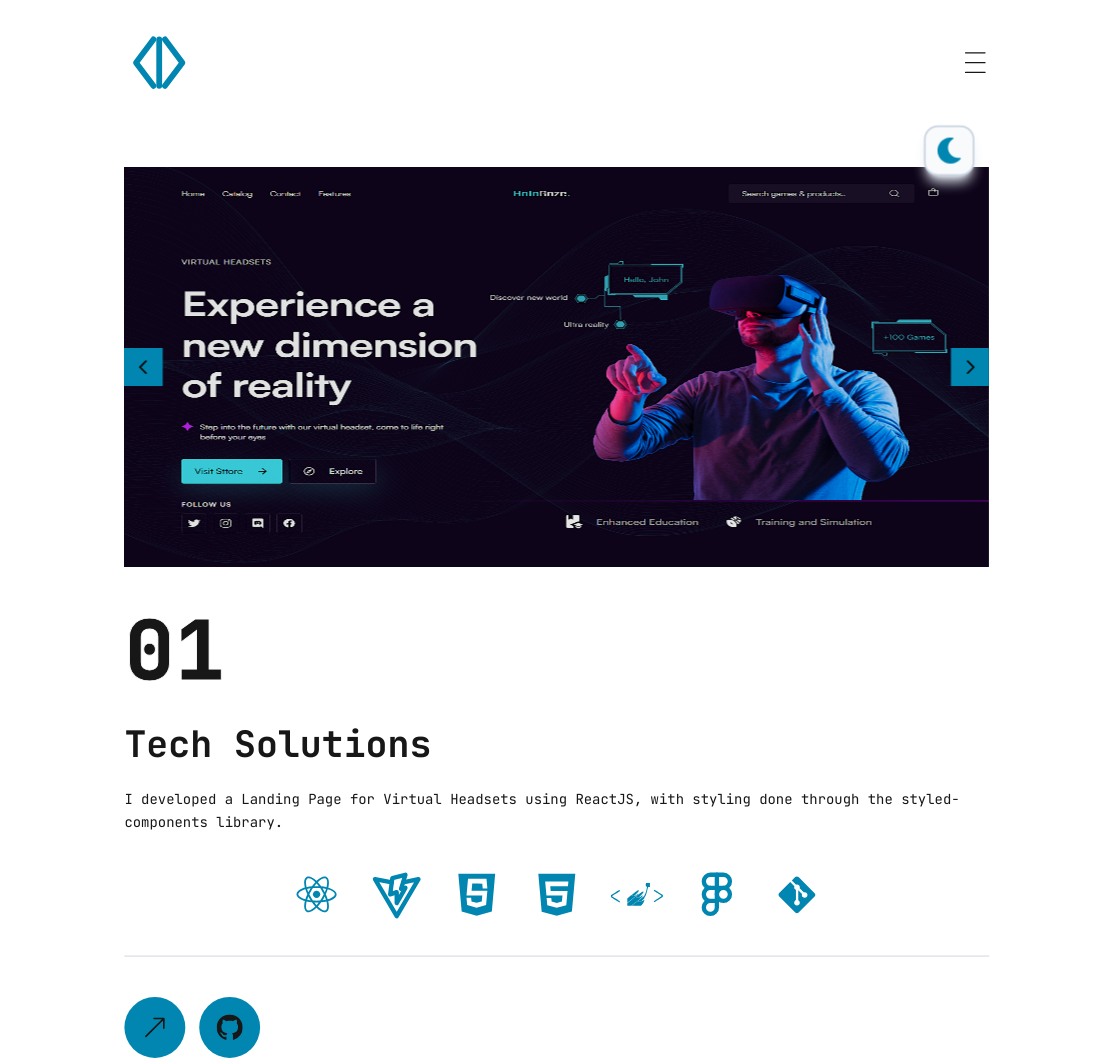
Repository: sergioscker/sergio-portfolio
Page: /work
An editor plug-in stored every save of this project. The page is shown before and after the next save, followed by the edit.
The browser window is 1280 px wide. The pictures show the whole page, at 87% of full size.
The project was rebuilt for these pictures with package versions that can differ from the ones it lists, and the page was loaded fresh each time. The framework's server and built-in components were replaced by stand-ins that run in the browser. Also part of the build but not shown: next.config.mjs.

Above is the page before, as saved 2025-04-29 15:50:10.

After the next save:
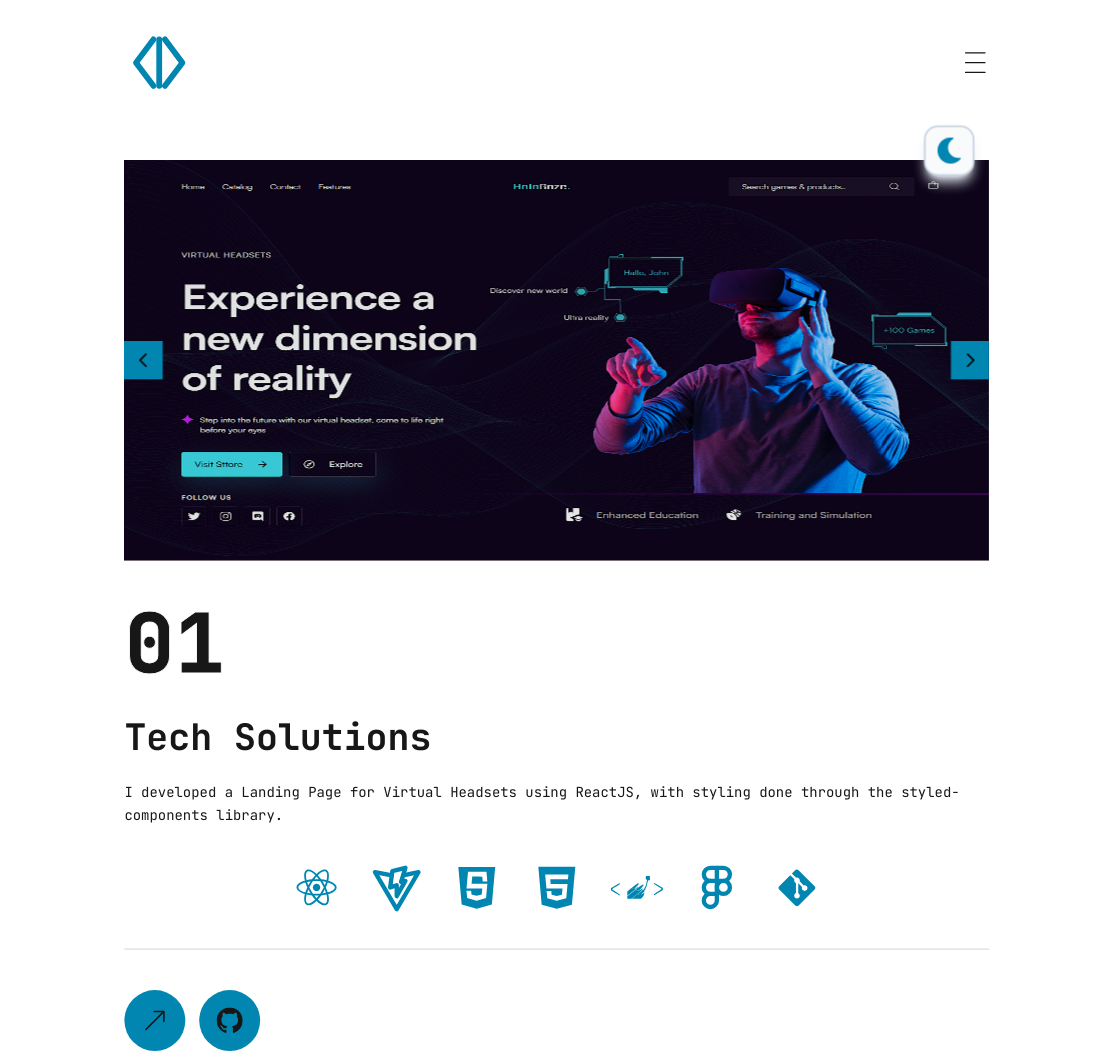
Saved 7 s later.
--- a/app/work/page.jsx
+++ b/app/work/page.jsx
@@ -265,7 +265,7 @@ const Work = () => {
       }}
       className="min-h-[30vh] flex flex-col justify-center xl:p-8"
     >
-      <div className="container mx-auto pt-18 mt-12">
+      <div className="container mx-auto pt-18 mt-10">
         <div className="flex flex-col xl:flex-row xl:gap-[30px] ">
           {/* projects container */}
           <div
